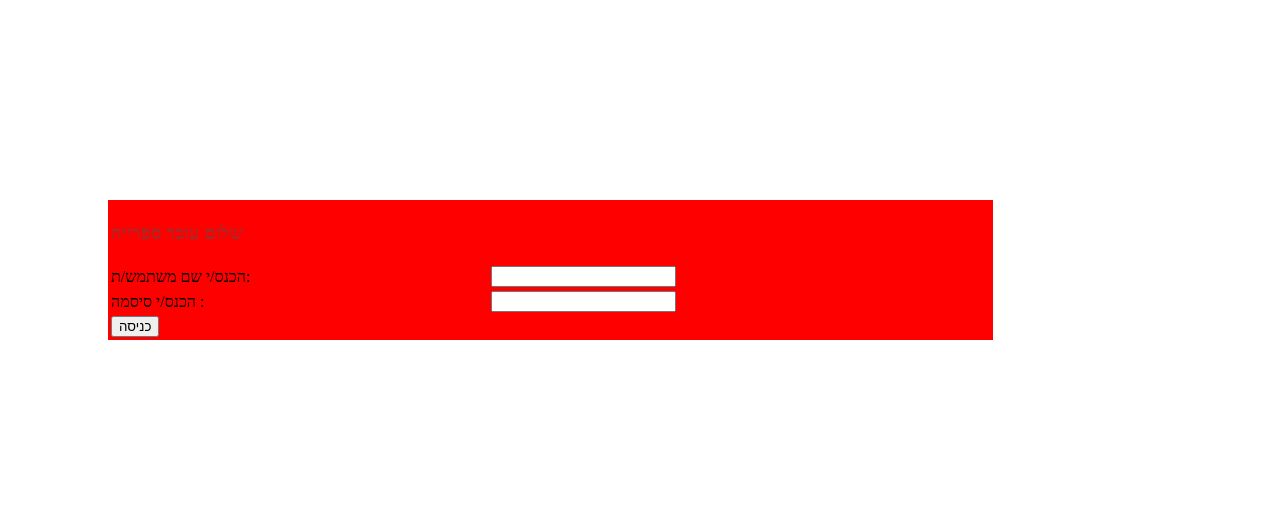
Repository: shulamitProjects/Java
Page: http://localhost/ProjectLibary/LoginWorker.jsp
These files come from the project's save history. The page is drawn as it stood at one moment and after the next save; the edit follows.
The browser window is 1280 px wide. The pictures show the whole page.
The page is served by Tomcat 10. Other server files are loaded and not shown.

Above is the page before, as saved 2024-01-29 11:39:54.

### project/project_25-01/ProjectLibary/src/main/webapp/LoginWorker.jsp
<%@ page language="java" contentType="text/html; charset=UTF-8"
	pageEncoding="UTF-8"%>

<!DOCTYPE html PUBLIC "-//W3C//DTD HTML 4.01 Transitional//EN" "http://www.w3.org/TR/html4/loose.dtd">
<html>
<head>
<meta http-equiv="Content-Type" content="text/html; charset=UTF-8">
<title>דף כניסה</title>
</head>
<body>
	<form method="get" action="registration/controller/LibraryWorkerServlet">
		<table
			style="width: 70%; background-color: red; margin-top: 200px; margin-left: 100px; margin-right: 200px;">

			<tr>
				<td>
					<h3 style="color: brown">שלום עובד ספרייה</h3>
				</td>
			</tr>
			<tr>
				<td>הכנס/י שם משתמש/ת:</td>
				<td><input type="text" name="userName"></td>
			</tr>
			<tr>
				<td>הכנס/י סיסמה :</td>
				<td><input type="password" name="password"></td>
			</tr>
			<tr>
				<td><input type="submit"  value="כניסה"></td>
			</tr>
		</table>
	</form>
</body>
</html>

After the next save:
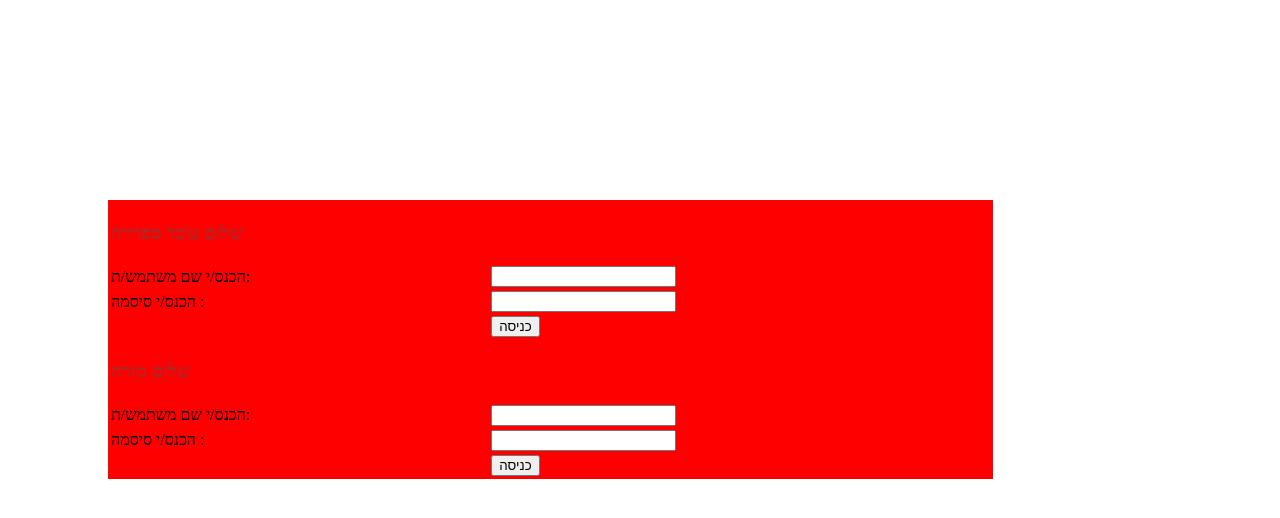
Saved 73 s later.
--- a/project/project_25-01/ProjectLibary/src/main/webapp/LoginWorker.jsp
+++ b/project/project_25-01/ProjectLibary/src/main/webapp/LoginWorker.jsp
@@ -26,8 +26,32 @@
 				<td><input type="password" name="password"></td>
 			</tr>
 			<tr>
+			<td><input type="hidden" name="type" value="teacher" /></td>
 				<td><input type="submit"  value="כניסה"></td>
 			</tr>
+
+
+			<tr>
+				<td>
+					<h3 style="color: brown">שלום מורה</h3>
+				</td>
+			</tr>
+			<tr>
+				<td>הכנס/י שם משתמש/ת:</td>
+				<td><input type="text" name="userName"></td>
+			</tr>
+			<tr>
+				<td>הכנס/י סיסמה :</td>
+				<td><input type="password" name="password"></td>
+			</tr>
+			<tr>
+			<td><input type="hidden" name="type" value="teacher" /></td>
+				<td><input type="submit"  value="כניסה"></td>
+			</tr>
+
+
+
+
 		</table>
 	</form>
 </body>

After the save that followed:
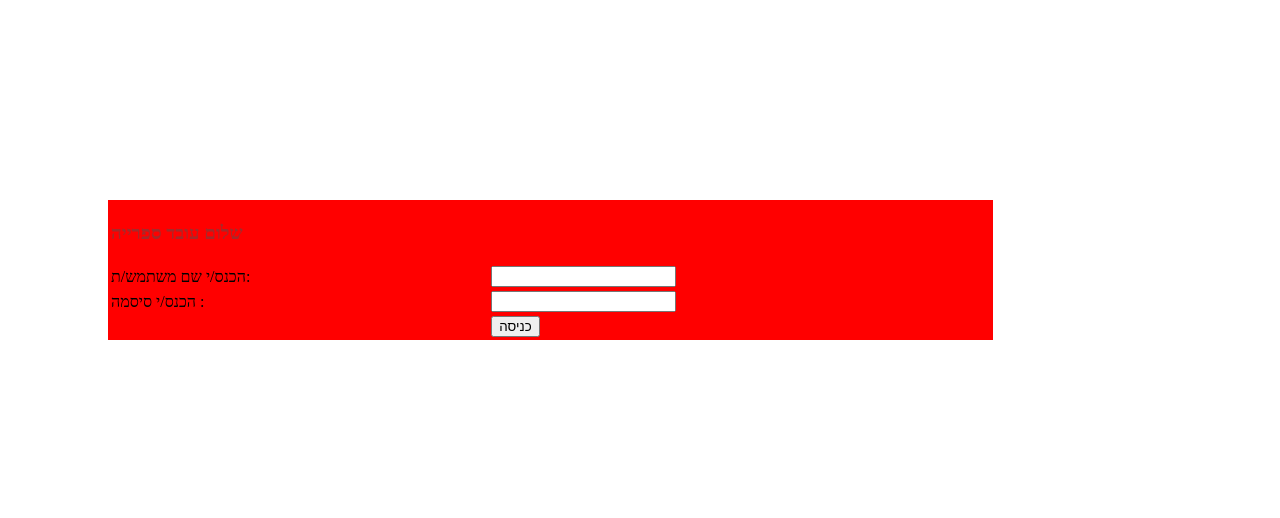
Saved 12 s later.
--- a/project/project_25-01/ProjectLibary/src/main/webapp/LoginWorker.jsp
+++ b/project/project_25-01/ProjectLibary/src/main/webapp/LoginWorker.jsp
@@ -26,28 +26,12 @@
 				<td><input type="password" name="password"></td>
 			</tr>
 			<tr>
-			<td><input type="hidden" name="type" value="teacher" /></td>
+			<td><input type="hidden" name="type" value="worker" /></td>
 				<td><input type="submit"  value="כניסה"></td>
 			</tr>
 
 
-			<tr>
-				<td>
-					<h3 style="color: brown">שלום מורה</h3>
-				</td>
-			</tr>
-			<tr>
-				<td>הכנס/י שם משתמש/ת:</td>
-				<td><input type="text" name="userName"></td>
-			</tr>
-			<tr>
-				<td>הכנס/י סיסמה :</td>
-				<td><input type="password" name="password"></td>
-			</tr>
-			<tr>
-			<td><input type="hidden" name="type" value="teacher" /></td>
-				<td><input type="submit"  value="כניסה"></td>
-			</tr>
+
 
 
 
